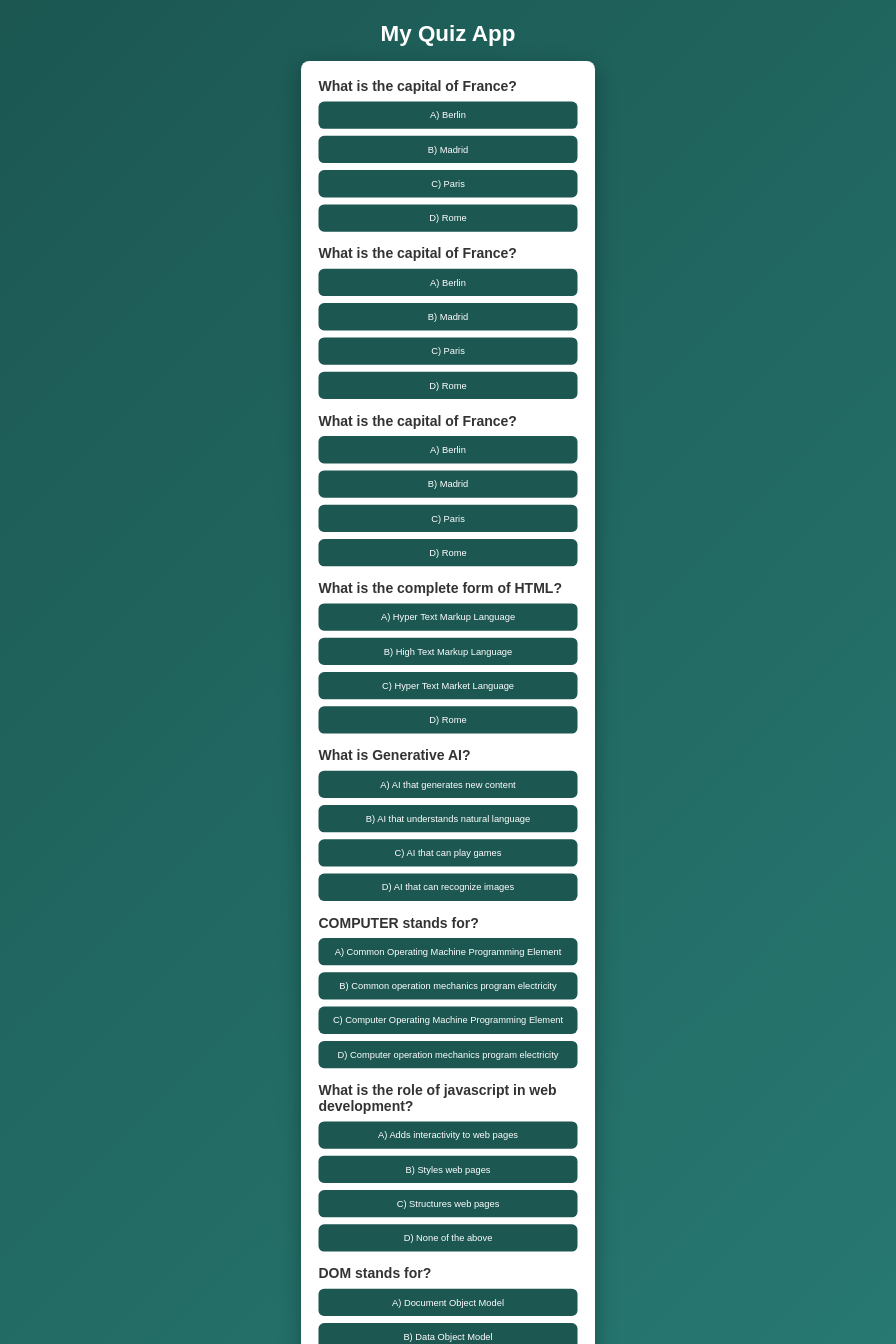
Repository: fatimaqueen9967-eng/SyntacexhubQuizApp
Page: index.html
The author's editor kept a copy of each file at every save. The page is drawn from the files as they stood at one save, then again after the next save.
The browser window is 1280 px wide. The pictures show the part of the page from y = 0 to 1920 px (the page is 3597 px tall before and 3658 px after), at 70% of full size.

Above is the page before, as saved 2026-03-15 06:55:01.

After the next save:
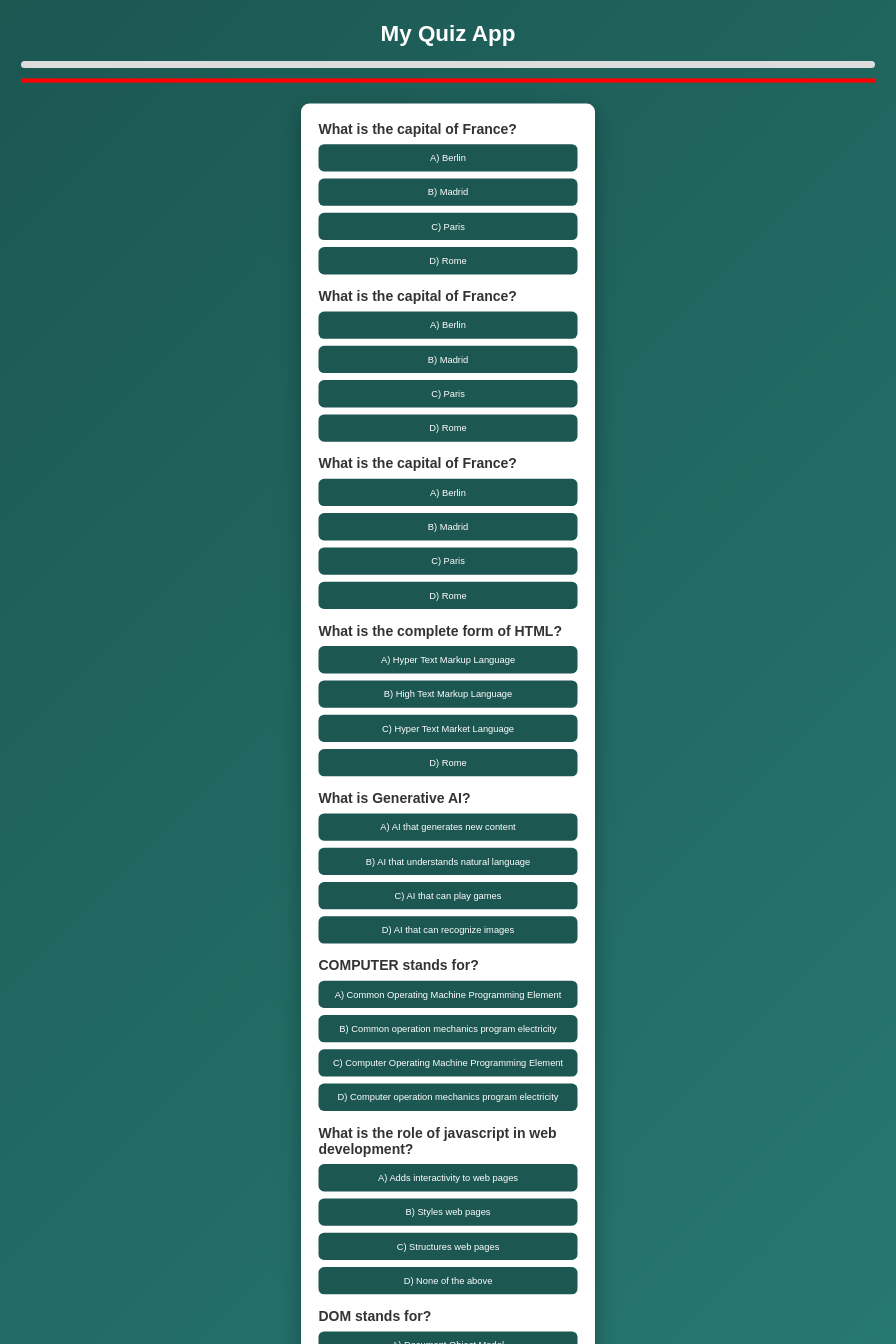
Saved 13 s later.
--- a/index.html
+++ b/index.html
@@ -8,7 +8,13 @@
 </head>
 <body>
     <h1>My Quiz App</h1>
+<div class="progress-container">
+<div class="progress-bar" id="progress"></div>
+</div>
 
+<div class="timer" id="timer"></div>
+
+<div id="message"></div>
 
     <div class="box">
         <div class="question">
